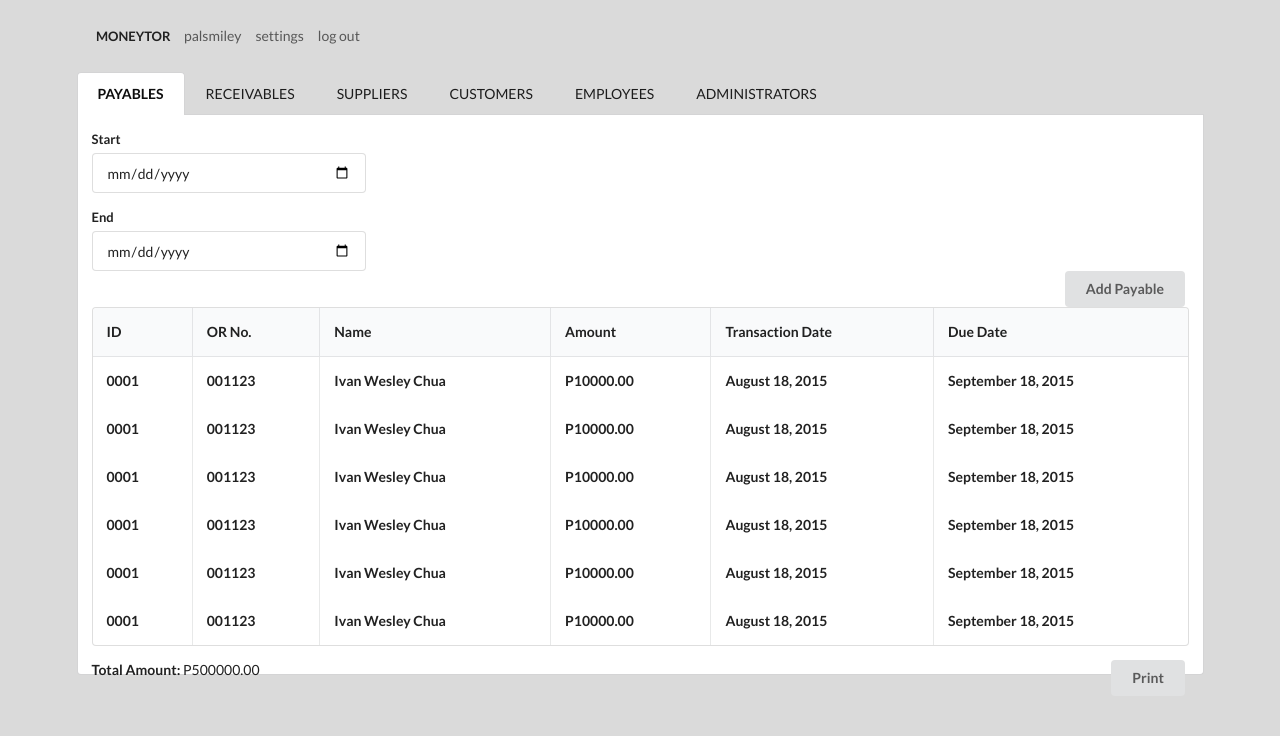
Repository: TV5/MoneyTor
Page: Workspace/MoneyTor/war/main.html
The author's editor kept a copy of each file at every save. The page is drawn from the files as they stood at one save, then again after the next save.
The browser window is 1280 px wide. The pictures show the whole page.

Above is the page before, as saved 2015-08-18 10:16:37.

After the next save:
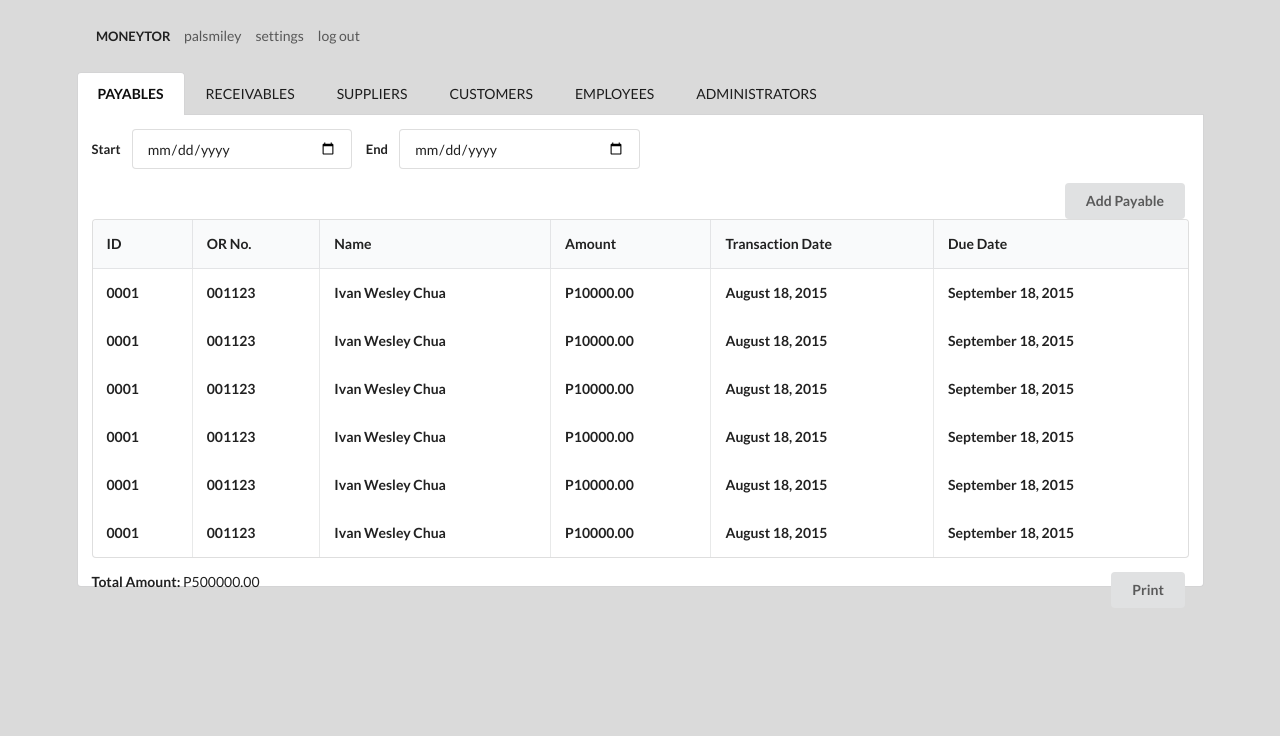
Saved 30 s later.
--- a/Workspace/MoneyTor/war/main.html
+++ b/Workspace/MoneyTor/war/main.html
@@ -108,14 +108,16 @@
 	  </div> -->
 
 	  <span>
-	  <div class="ui form inline fields">
-	  <div class="four wide field">
+	  <div class="ui form ">
+	  	<div class="inline fields">
+	  	<div class="four wide field">
 	      <label>Start</label>
 	      <input type="date">
 	    </div>
 	    <div class="four wide field">
 	      <label>End</label>
 	      <input type="date">
+	    </div>
 	    </div>
 	  </div>
 
